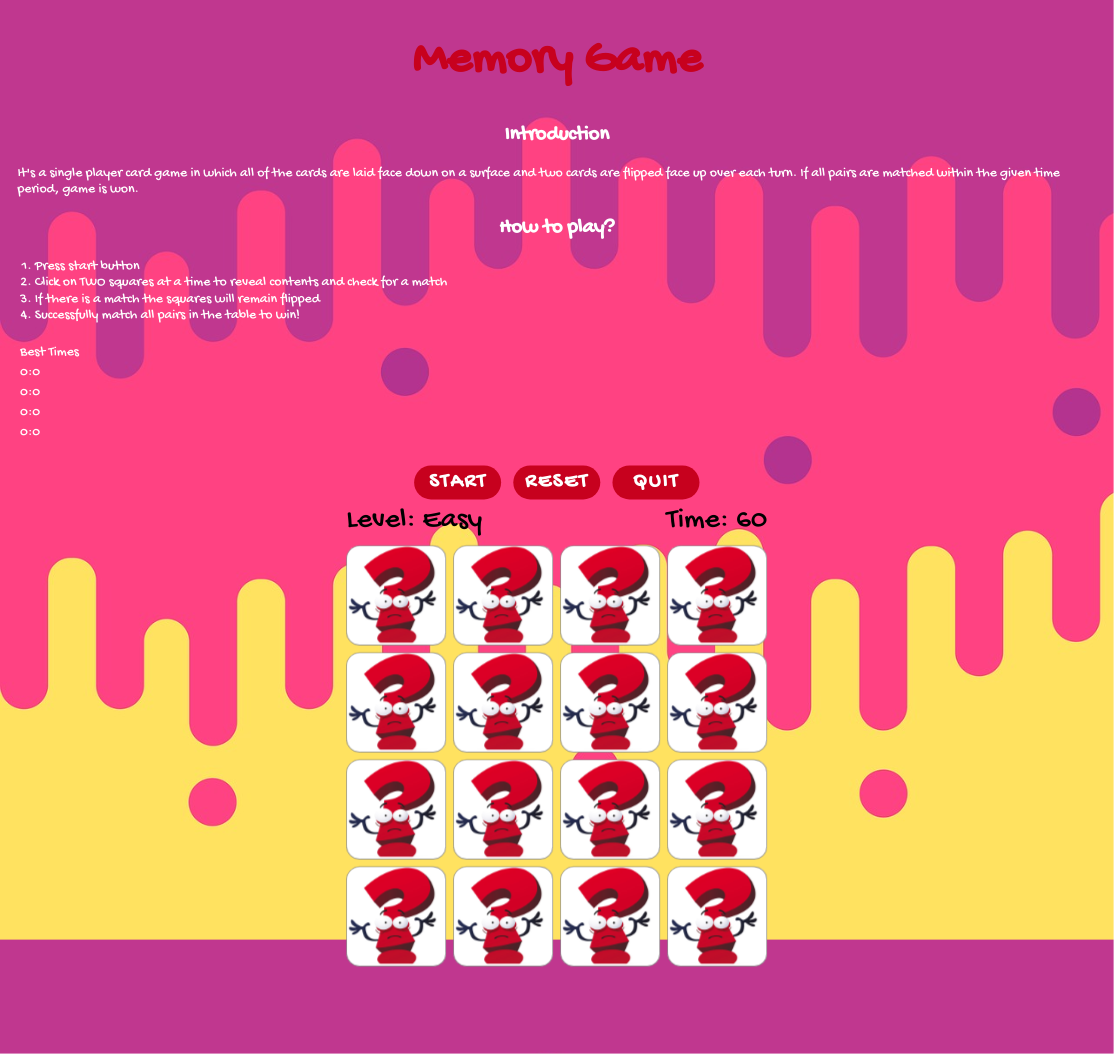
Repository: lauramika/Memory-Game
Page: index.html
The author's editor kept a record of every edit. The page is drawn from the files as they stood at one moment, then again after the next edit.
The browser window is 1280 px wide. The pictures show the whole page, at 87% of full size.

Above is the page before.

### index.html
<!DOCTYPE html>
<html lang = 'en'>
    <head>
        <meta name="viewport" content="width=device-width, initial-scale=1.0">
        <link rel="stylesheet" href="style.css" type="text/css" />
        <title>Memory Game</title>
    </head>
    <body>
        <h1 class="title-game">Memory Game</h1>
        <!--Intro-->
        <h2>Introduction</h2>
            <p>It's a single player card game in which all of the cards are
            laid face down on a surface and two cards are flipped face up over
            each turn. If all pairs are matched within the given time
            period, game is won.</p>
            <!--explanation how to play the game-->
         <div class="how-to-play">
            <h2>How to play?</h2>
              <ol>
                <li>Press start button</li>
                <li>Click on TWO squares at a time to reveal contents and check for a match</li>
                <li>If there is a match the squares will remain flipped </li>
                <li>Successfully match all pairs in the table to win!</li>
              </ol>
          </div>
          <!--best results board-->
          <div class="times">
            <table>
              <tr>
                <td class= "title">Best Times</td>
              </tr>
              <tr>
                <td class = "slot">0:0</td>
              </tr>
              <tr>
                <td class = "slot">0:0</td>
              </tr>
              <tr>
                <td class = "slot">0:0</td>
              </tr>
              <tr>
                <td class = "slot">0:0</td>
              </tr>
            </table>
          </div>
          <!--start, reset and quit buttons-->
        <div class="buttons">
            <button class="start" onclick="shuffle()">Start</button>
            <button class="reset">Reset</button>
            <button class="quit">Quit</button>
        </div>
        <!--Main container that holds all the cards-->
        <div class="main-container">
            <div class= "rules-container">
                <div class="level-container">
                    Level: <span id="level">Easy</span>
                </div>
                <div class="time-container">
                    Time: <span id="time-left">60</span>
                </div>
            </div>
            <div class="cards">

                <div class="front-face">
                    <img src="images/camera.png"></img>
                </div>
                 <div class="back-face">
                   <img src="images/question.jpg"></img>
                </div>
            </div>
            <div class="cards">


                <div class="front-face">
                    <img src="images/camera.png"></img>
                </div>
                 <div class="back-face">
                   <img src="images/question.jpg"></img>
                </div>
            </div>
            <div class="cards">

                <div class="front-face">
                    <img src="images/bomb.png"></img>
                </div>
                 <div class="back-face">
                   <img src="images/question.jpg"></img>
                </div>
            </div>
            <div class="cards">

                <div class="front-face">
                    <img src="images/bomb.png"></img>
                </div>
                 <div class="back-face">
                   <img src="images/question.jpg"></img>
                </div>
            </div>
            <div class="cards">

                <div class="front-face">
                    <img src="images/garfield.jpg"></img>
                </div>
                 <div class="back-face">
                   <img src="images/question.jpg"></img>
                </div>
            </div>
            <div class="cards">

                <div class="front-face">
                    <img src="images/garfield.jpg"></img>
                </div>
                 <div class="back-face">
                   <img src="images/question.jpg"></img>
                </div>
            </div>
            <div class="cards">

                <div class="front-face">
                    <img src="images/ladybug.jpg"></img>
                </div>
                 <div class="back-face">
                   <img src="images/question.jpg"></img>
                </div>
            </div>
            <div class="cards">

                <div class="front-face">
                    <img src="images/ladybug.jpg"></img>
                </div>
                 <div class="back-face">
                   <img src="images/question.jpg"></img>
                </div>
            </div>
            <div class="cards">

                <div class="front-face">
                    <img src="images/puppy.jpg"></img>
                </div>
                 <div class="back-face">
                   <img src="images/question.jpg"></img>
                </div>
            </div>
            <div class="cards">

                <div class="front-face">
                    <img src="images/puppy.jpg"></img>
                </div>
                 <div class="back-face">
                   <img src="images/question.jpg"></img>
                </div>
            </div>
            <div class="cards">

                <div class="front-face">
                    <img src="images/star.jpg"></img>
                </div>
                 <div class="back-face">
                   <img src="images/question.jpg"></img>
                </div>
            </div>
            <div class="cards">

                <div class="front-face">
                    <img src="images/star.jpg"></img>
                </div>
                 <div class="back-face">
                   <img src="images/question.jpg"></img>
                </div>
            </div>
            <div class="cards">

                <div class="front-face">
                    <img src="images/frog.jpg"></img>
                </div>
                 <div class="back-face">
                   <img src="images/question.jpg"></img>
                </div>
            </div>
            <div class="cards">

                <div class="front-face">
                    <img src="images/frog.jpg"></img>
                </div>
                 <div class="back-face">
                   <img src="images/question.jpg"></img>
                </div>
            </div>
            <div class="cards">

                <div class="front-face">
                    <img src="images/bananas.jpg"></img>
                </div>
                 <div class="back-face">
                   <img src="images/question.jpg"></img>
                </div>
            </div>
            <div class="cards">

                <div class="front-face">
                    <img src="images/bananas.jpg"></img>
                </div>
                 <div class="back-face">
                   <img src="images/question.jpg"></img>
                </div>
            </div>

        </div>
        <script type="text/javascript" src="script.js"></script>
    </body>
</html>

### style.css
/*import google font*/
@import url('https://fonts.googleapis.com/css?family=Gochi+Hand&display=swap');
* {
    box-sizing: border-box;
}
html {
    min-height: 100vh;
}
body {
    margin: 0;
   /* background: radial-gradient(#66D3FA ,#0b1e20);*/
     background-image: url("images/background-3147808_1920.jpg");
    font-family: 'Gochi Hand', cursive;
    color: white;
}
h2 {
    text-align: center;
}
p, .times {
    margin: 20px;
}
.title-game {
    color: rgb(199,1,30);;
    text-align: center;
    font-size: 3.5em;
}

.rules-container {
    grid-column: 1 / -1;
    display: flex;
    justify-content: space-between;
}
/*container that holds all the cards*/
.main-container {
    display: grid;
    grid-template-columns: repeat(4, auto);
    grid-gap: 8px;
    justify-content: center;
    margin-bottom: 100px;
    color: black;
    font-size: 2.1em;

}
/*card styles*/
.cards {
    background-color: white;
    height: 115px;
    width: 115px;
    border-radius: 15px;
    transition: transform .2s;
    border: 1px solid gray;
    position: relative;
    transform-style: preserve-3d;

}
/**************flipping of cards************/
.front-face {
    backface-visibility: hidden;
     transform: rotateY(180deg);
}
.back-face {
    backface-visibility: hidden;
}
.cards:hover {
    transform: scale(1.05);
    transform: rotateY(180deg);
    transition: ease .6s;
}
/*image sizes in desktop view*/
img {
    height: 111px;
    width: 111px;
    border-radius: 15px;
}
/*positioning of images absolute to their parent div*/
.front-face, .back-face {
    position: absolute;
}
.buttons {
    text-align: center;
}
/*start, reset and quit button styles*/
button {
    font-family: 'Gochi Hand', cursive;
    width: 100px;
    font-size: 1.5em;
    letter-spacing: 2px;
    color: white;
    font-weight: bold;
    text-transform: uppercase;
    background: rgb(199,1,30);
    padding: 5px 10px;
    border-radius: 30px;
    border: none;
    margin: 5px;
}
button:hover {
   transform: scale(1.1);
   box-shadow: 3px 3px white;
   opacity: 0.9;
}
/****************************TABLET************************/
@media screen and (max-width: 800px) {
  .cards{
      height: 95px;
      width: 95px;
  }
  img {
      height: 91px;
      width: 91px;
  }
  .main-container {
      grid-gap: 4px;
  }
  .title-game {
      font-size: 2.5em;
  }
  .main-container {
      font-size: 1.6em;
  }
  }
 /************************PHONE***************************/
@media screen and (max-width: 480px) {
  .cards{
      height: 70px;
      width: 70px;
  }
  img {
      height: 66px;
      width: 66px;
  }
  .main-container {
      grid-gap: 1px;
  }
  .title-game {
      font-size: 2em;
  }
  .main-container {
      font-size: 1.2em;
  }
  button {
    width: 80px;
    font-size: 1em;
}
  }

### script.js
//to shuffle cards when new game starts
function shuffle() {

  var tiles = Array.from(document.getElementsByClassName("cards"));
  var current = tiles.length;
  var index, temp;

  while (current > 0) {
    index = Math.floor(Math.random() * current);
    current--;

    temp = tiles[current];
    tiles[current] = tiles[index];
    tiles[index] = temp;
  }
   document.getElementsByClassName("cards") = tiles.innerHTML;


}

After the next edit:
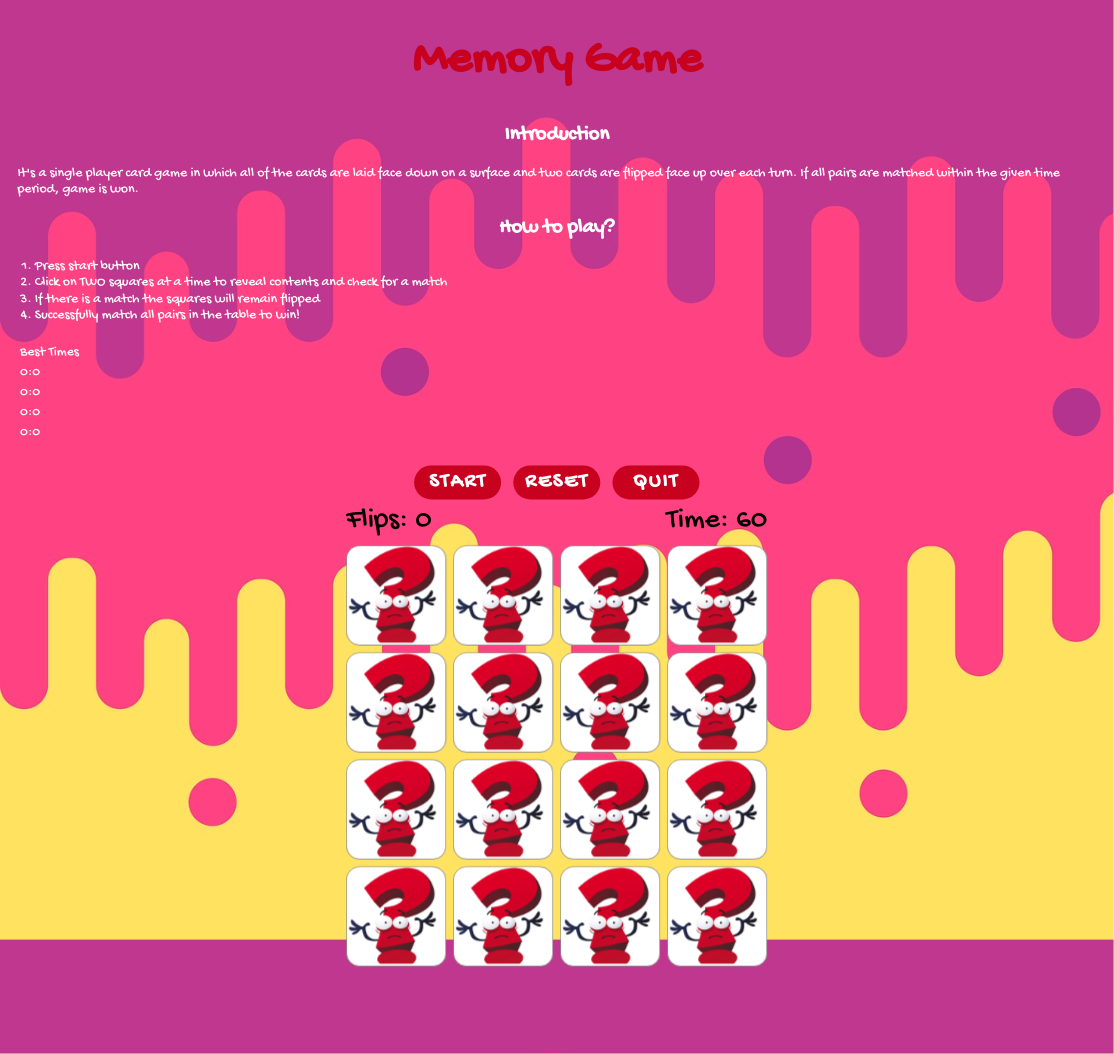
The edit:
--- a/index.html
+++ b/index.html
@@ -53,7 +53,7 @@
         <div class="main-container">
             <div class= "rules-container">
                 <div class="level-container">
-                    Level: <span id="level">Easy</span>
+                    Flips: <span id="flips">0</span>
                 </div>
                 <div class="time-container">
                     Time: <span id="time-left">60</span>
